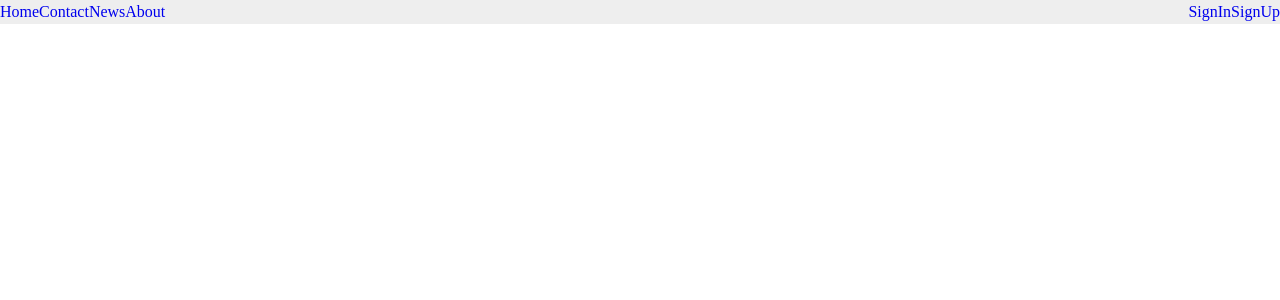
Repository: jesar-enl/My-CSS-Website
Page: index.html
An editor plug-in stored every save of this project. The page is shown before and after a run of saves, followed by the edit.
The browser window is 1280 px wide. The pictures show the whole page.

Above is the page before, as saved 2022-07-26 12:30:51.

After the next 2 saves:
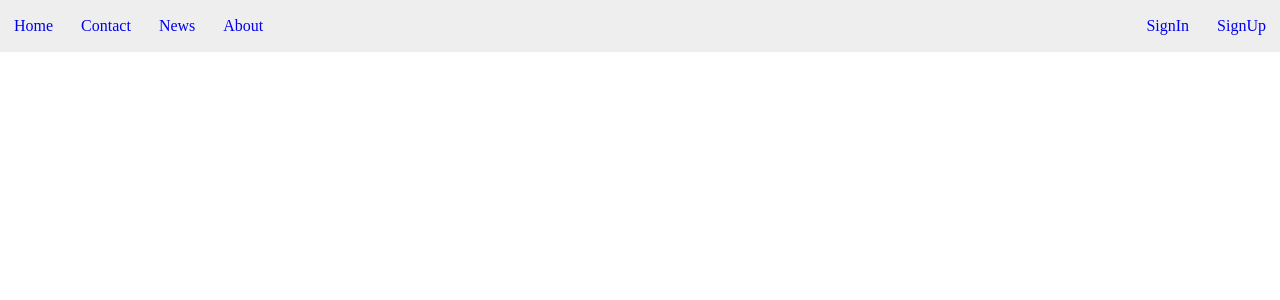
The 2 saves are shown as one change because they came seconds apart.
The last was saved 6 s later.
--- a/style.css
+++ b/style.css
@@ -39,5 +39,6 @@ ul.topnav li a {
   text-decoration: none;
   min-height: 1.5rem;
   text-align: center;
-  pad
+  padding: 14px;
+
 }
